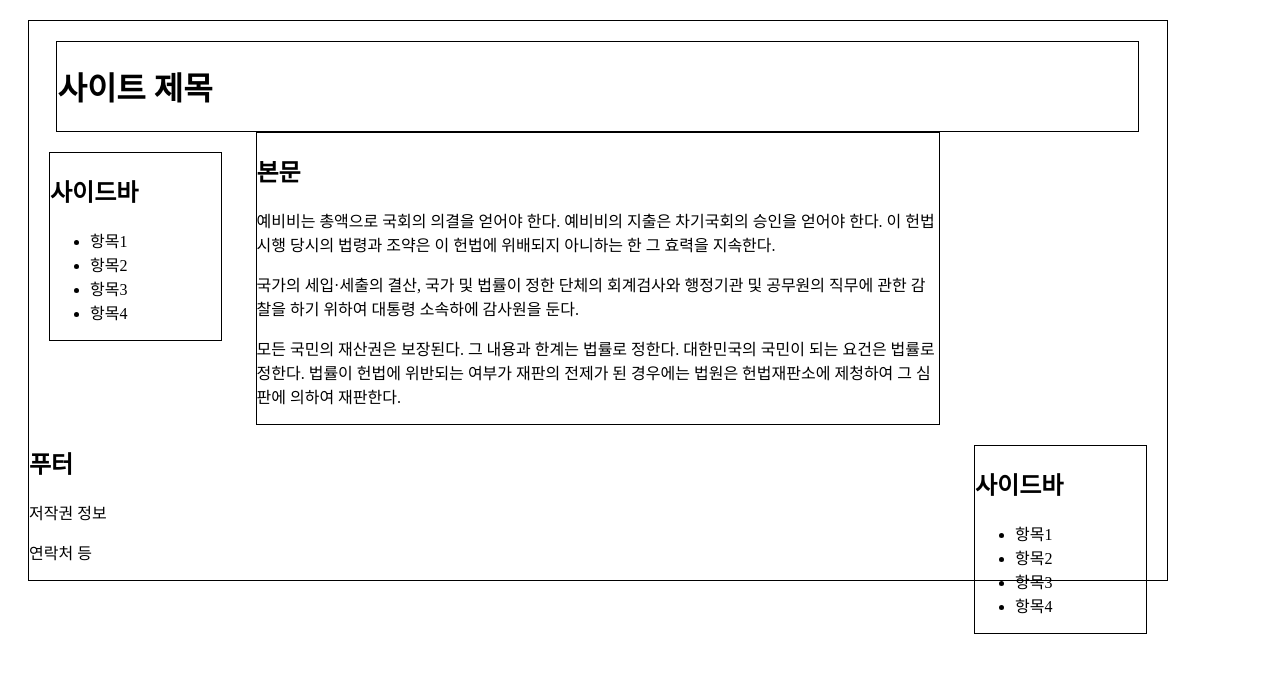
Repository: RyuJelly/java_web
Page: CSS/WebContent/3-layout.html
The author's editor kept a copy of each file at every save. The page is drawn from the files as they stood at one save, then again after the next save.
The browser window is 1280 px wide. The pictures show the whole page.

Above is the page before, as saved 2021-03-08 07:19:52.

### CSS/WebContent/3-layout.html
<!doctype html>
<html lang="ko">
	<head>
		<title>CSS 레이아웃 - 2단 레이아웃</title>
		<meta charset="utf-8">
		<style>
			#container{
				width: 90%;
				height: 70%;
				border: 1px solid;
				margin: 20px;
			}

			#header{
				width: 95%;
				height: 25%;
				border: 1px solid;
				margin: auto;
				margin-top: 20px;
			}

			#left-sidebar{
				width: 15%;
				height: 30%;
				border: 1px solid;
				float: left;
				margin: 20px;
			}

			#right-sidebar{
				width: 15%;
				height: 30%;
				border: 1px solid;
				float: right;
				margin: 20px;
			}

			#contents{
				width: 60%;
				height: 50%;
				border: 1px solid;
				margin: auto;
			}



		</style>
	</head>
	<body>
		<div id="container">
			<div id="header">
				<h1>사이트 제목</h1>
			</div>
			<div id="left-sidebar">
				<h2>사이드바</h2>
				<ul>
					<li>항목1</li>
					<li>항목2</li>
					<li>항목3</li>
					<li>항목4</li>
				</ul>
			</div>
			<div id="contents">
				<h2>본문</h2>
				<p>예비비는 총액으로 국회의 의결을 얻어야 한다. 예비비의 지출은 차기국회의 승인을 얻어야 한다. 이 헌법시행 당시의 법령과 조약은 이 헌법에 위배되지 아니하는 한 그 효력을 지속한다.</p>

				<p>국가의 세입·세출의 결산, 국가 및 법률이 정한 단체의 회계검사와 행정기관 및 공무원의 직무에 관한 감찰을 하기 위하여 대통령 소속하에 감사원을 둔다.</p>

				<p>모든 국민의 재산권은 보장된다. 그 내용과 한계는 법률로 정한다. 대한민국의 국민이 되는 요건은 법률로 정한다. 법률이 헌법에 위반되는 여부가 재판의 전제가 된 경우에는 법원은 헌법재판소에 제청하여 그 심판에 의하여 재판한다.</p>
			</div>
			<div id="right-sidebar">
				<h2>사이드바</h2>
				<ul>
					<li>항목1</li>
					<li>항목2</li>
					<li>항목3</li>
					<li>항목4</li>
				</ul>
			</div>
			<div id="footer">
				<h2>푸터</h2>
				<p> 저작권 정보 </p>
				<p> 연락처 등 </p>
			</div>
		</div>
	</body>
</html>

After the next save:
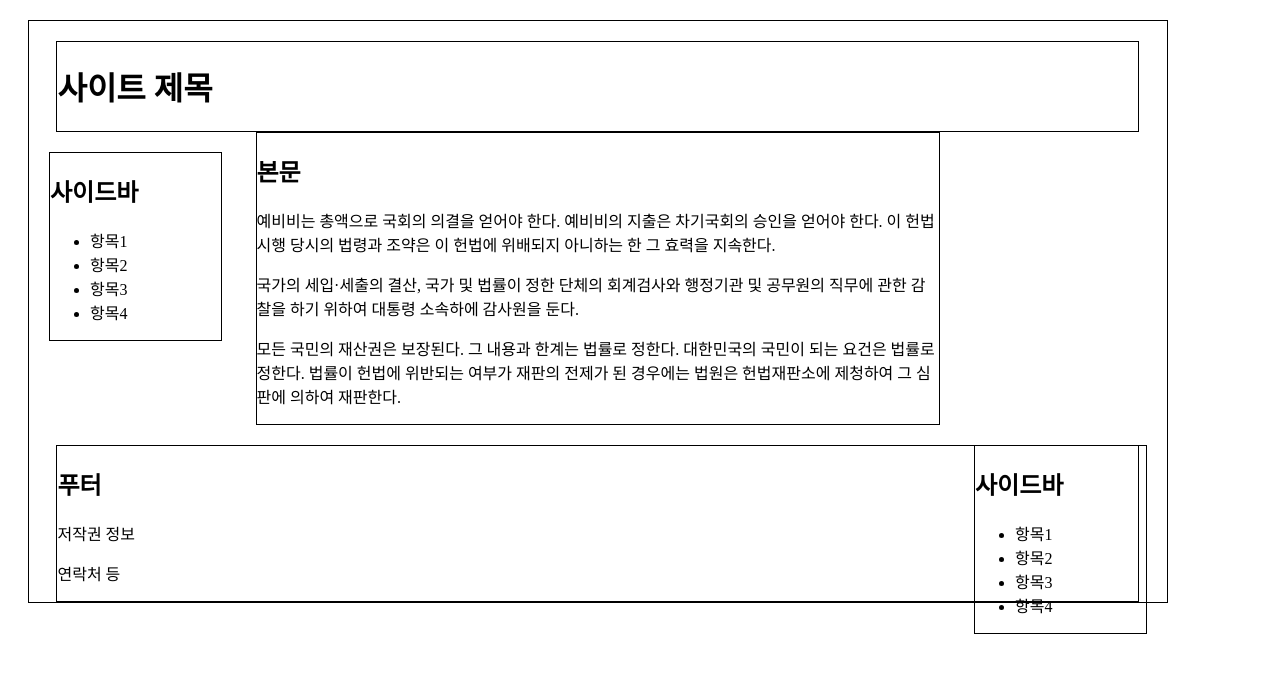
Saved 80 s later.
--- a/CSS/WebContent/3-layout.html
+++ b/CSS/WebContent/3-layout.html
@@ -42,7 +42,13 @@
 				margin: auto;
 			}
 
-
+			#footer{
+				width: 95%;
+				height: 25%;
+				border: 1px solid;
+				margin: auto;
+				margin-top: 20px;
+			}
 
 		</style>
 	</head>
